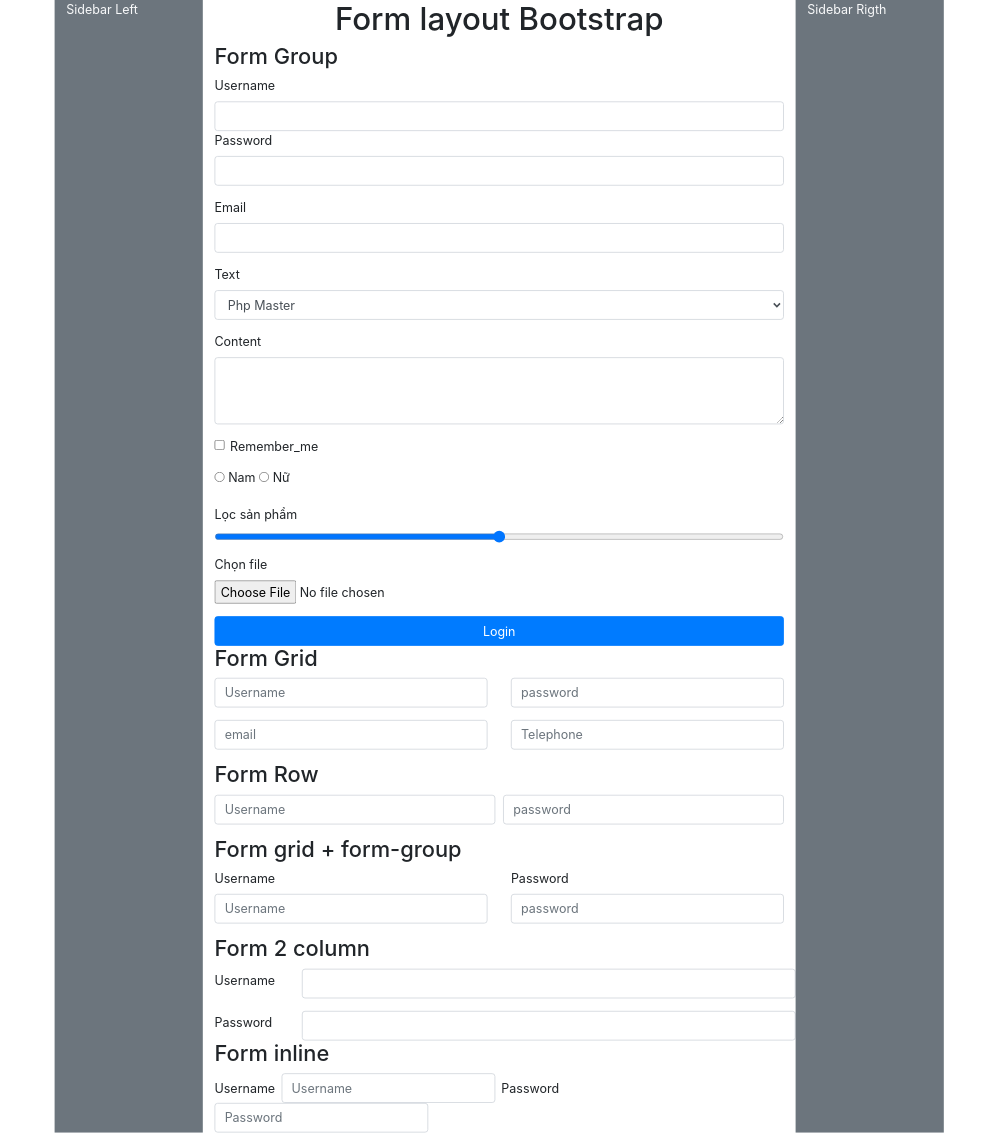
Repository: anhtu2110/front_end
Page: lesson/bootstrap/advance/5.12-form-layout.html
The author's editor kept a copy of each file at every save. The page is drawn from the files as they stood at one save, then again after the next save.
The browser window is 1280 px wide. The pictures show the whole page, at 78% of full size.

Above is the page before, as saved 2022-12-08 19:54:36.

After the next save:
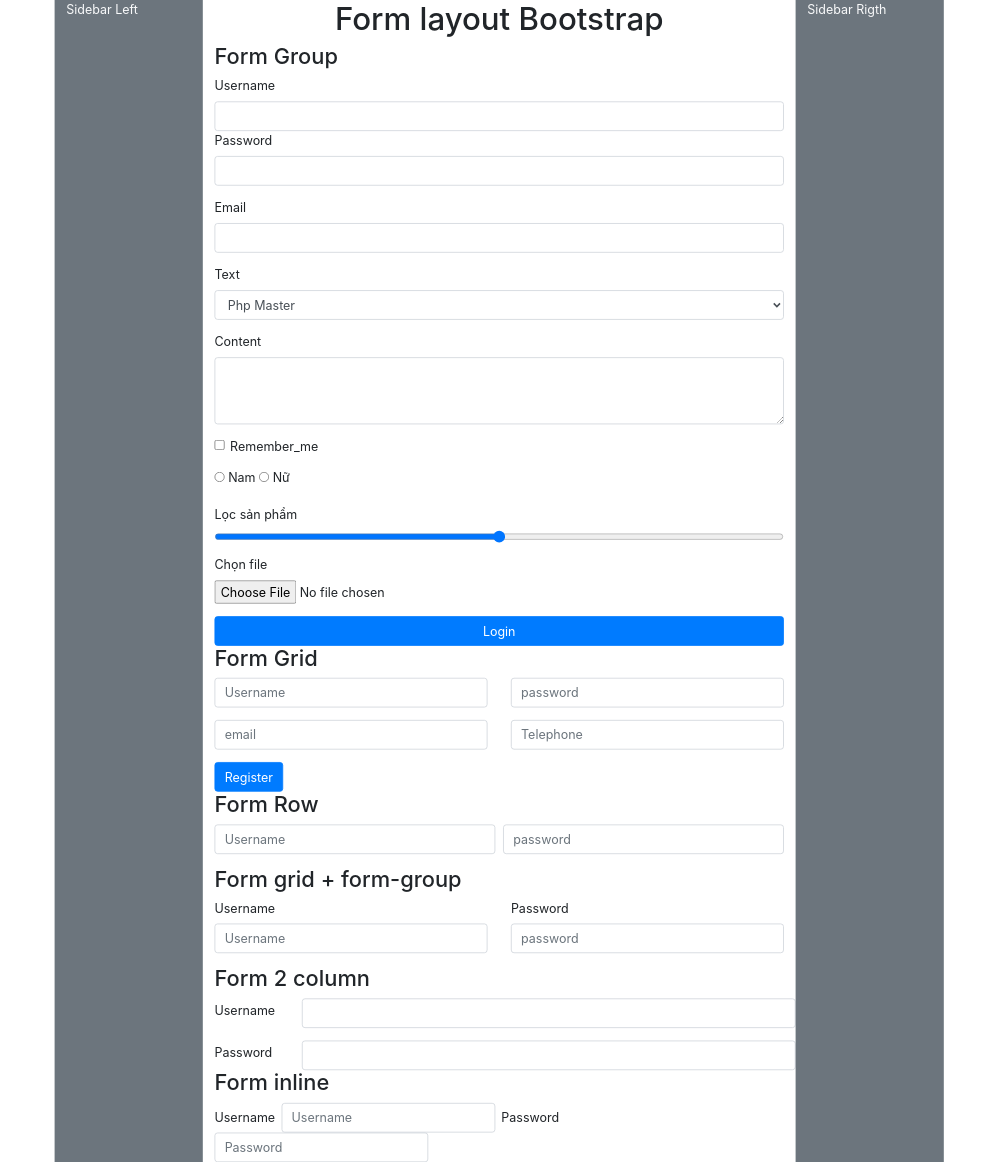
Saved 71 s later.
--- a/lesson/bootstrap/advance/5.12-form-layout.html
+++ b/lesson/bootstrap/advance/5.12-form-layout.html
@@ -81,6 +81,9 @@
                             <input id="telephone" class="form-control" type="tel" name="telephone" placeholder="Telephone">
                         </div>
                     </div>
+                    <div class="col-md-12">
+                      <button type="submit" name="btn_register" class="btn btn-primary">Register</button>
+                    </div>
                   </div>
                 </form>
                 <h3>Form Row</h3>
